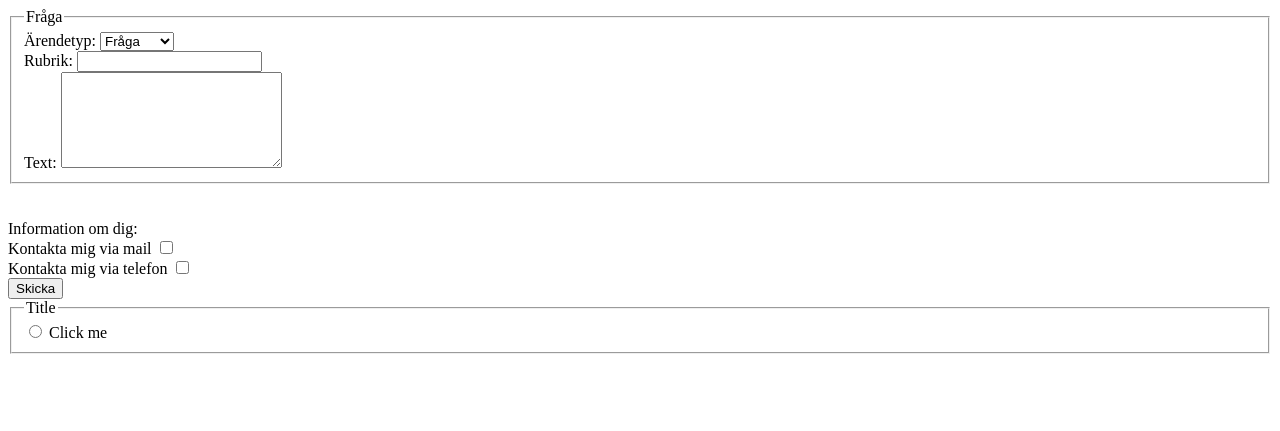
Repository: ma223md/1ik415
Page: Pages/kontakt.html
The author's editor kept a record of every edit. The page is drawn from the files as they stood at one moment, then again after the next edit.
The browser window is 1280 px wide. The pictures show the whole page.

Above is the page before.

After the next edit:
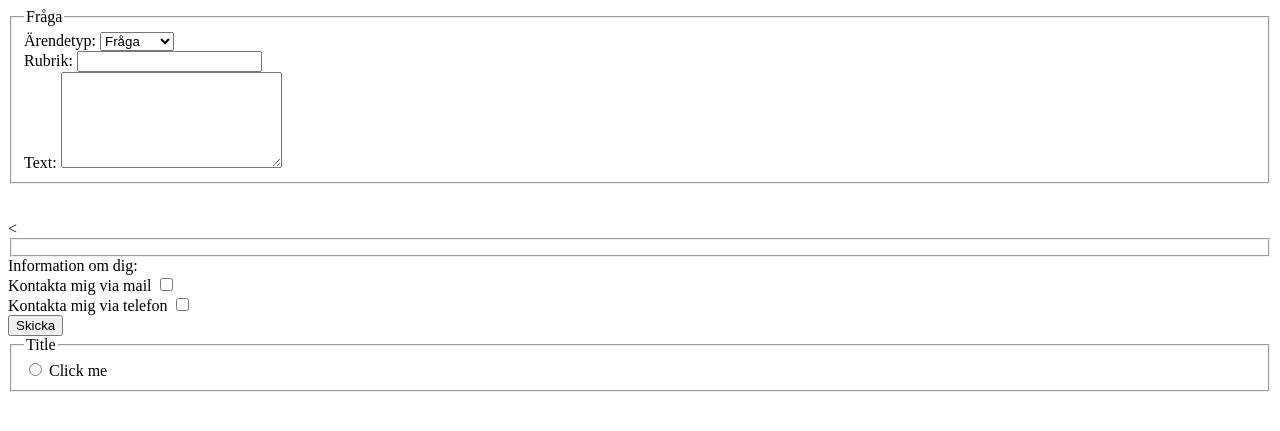
The edit:
--- a/Pages/kontakt.html
+++ b/Pages/kontakt.html
@@ -21,6 +21,9 @@
         </fieldset>
         <br>
         <br>
+        <<fieldset>
+
+        </fieldset>
         Information om dig:<br>
         Kontakta mig via mail <input type="checkbox" name="contact" value="mail"><br>
         Kontakta mig via telefon <input type="checkbox" name="contact" value="phone"><br>
